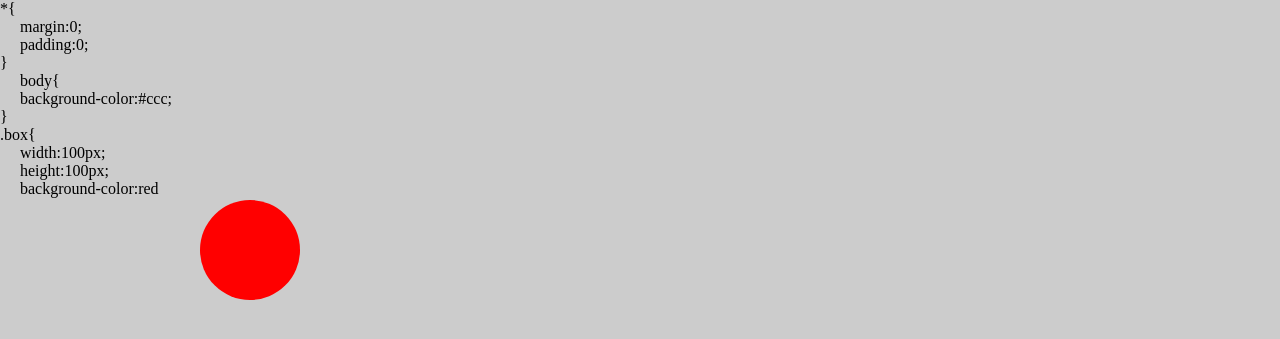
Repository: ScarApocalypse/study
Page: 一些想法/test.html
An editor plug-in stored every save of this project. The page is shown before and after the next save, followed by the edit.
The browser window is 1280 px wide. The pictures show the whole page.

Above is the page before, as saved 2019-08-02 00:51:12.

After the next save:
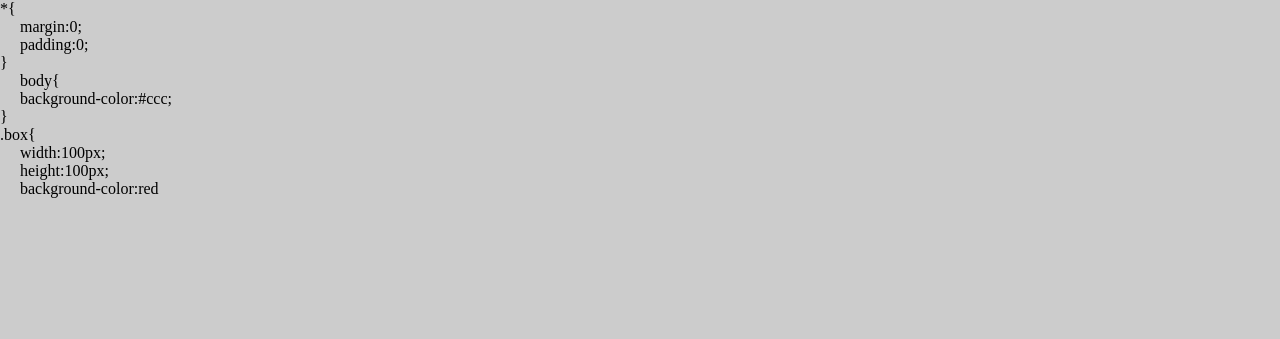
Saved 2 min 23 s later.
--- a/一些想法/test.html
+++ b/一些想法/test.html
@@ -7,25 +7,37 @@
     <meta http-equiv="X-UA-Compatible" content="ie=edge">
     <title>Document</title>
     <style>
-            .box{
+            .box1{
                 position: absolute;
-                left:200px;
-                top:200px;
-                border-radius:50%
-
+                left:0px;
+                top:0px;
+                z-index:-1;
             }
-
+            .box2{
+                position: absolute;
+                left:0px;
+                top:0px;
+                z-index:-1;
+            }
            </style>
     <style>
         /* 首先清理一下内外边距 */
         /* 然后画一个div */
+        .box2{
+            width: 100px;
+            height: 100px;
+            background-color:yellow;
+        }
     </style>
 
 </head>
 
 <body>
     <div id="show"></div>
-    <div class="box transition">
+    <div class="box1 transition">
+
+    </div>
+    <div class="box2 transition">
 
     </div>
     <script>
